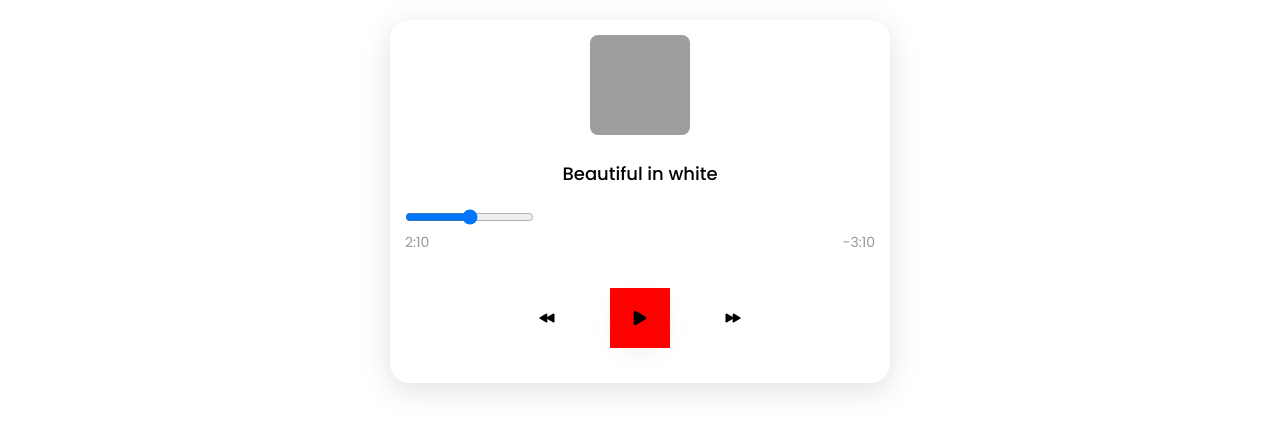
Repository: quyenpv10/mp3__music
Page: index.html
The author's editor kept a copy of each file at every save. The page is drawn from the files as they stood at one save, then again after the next save.
The browser window is 1280 px wide. The pictures show the whole page.
Pictures or frames that could not be fetched are drawn as grey boxes.

Above is the page before, as saved 2021-12-10 20:14:21.

### index.html
<!DOCTYPE html>
<html lang="en">

<head>
    <meta charset="UTF-8">
    <meta http-equiv="X-UA-Compatible" content="IE=edge">
    <meta name="viewport" content="width=device-width, initial-scale=1.0">
    <title>Mp3 Player</title>
    <link rel="preconnect" href="https://fonts.googleapis.com">
    <link rel="preconnect" href="https://fonts.gstatic.com" crossorigin>
    <link href="https://fonts.googleapis.com/css2?family=Mulish:wght@300;400;500;700&family=Poppins:wght@300;400;500;600;700&display=swap" rel="stylesheet">
    <link rel="stylesheet" href="./app.css">
    <script type="module" src="https://unpkg.com/ionicons@5.5.2/dist/ionicons/ionicons.esm.js"></script>
    <script nomodule src="https://unpkg.com/ionicons@5.5.2/dist/ionicons/ionicons.js"></script>
</head>

<body>
    <div class="music">
        <div class="music-thumb">
            <img src="./images/8L0A0168.jpg" alt="">
        </div>
        <h3 class="music-name">Beautiful in white</h3>
        <input type="range" name="song" id="song">
        <div class="timer">
            <div class="duration">2:10</div>
            <div class="remaining">-3:10</div>
        </div>
        <div class="controls">
            <ion-icon name="play-back" class="play-back"></ion-icon>
            <div class="play">
                <ion-icon name="play"></ion-icon>
            </div>
            <ion-icon name="play-forward" class="play-forward"></ion-icon>

        </div>
    </div>

</body>

</html>

### app.css
html {
    box-sizing: border-box;
}

* {
    margin: 0;
    padding: 0;
}

*,
*:before,
*:after {
    box-sizing: border-box;
}

input,
textarea,
select,
button {
    outline: none;
}

input {
    line-height: normal;
}

label,
button {
    cursor: pointer;
}

a {
    text-decoration: none;
}

img {
    display: block;
    max-width: 100%;
}

body {
    font-family: 'Poppins', sans-serif;
    padding: 20px;
}

.music {
    max-width: 500px;
    margin: 0 auto;
    border-radius: 20px;
    background-color: white;
    box-shadow: rgba(100, 100, 111, 0.2) 0px 7px 29px 0px;
    padding: 15px 15px 40px;
}

.music-thumb {
    width: 100px;
    height: 100px;
    margin: 0 auto 25px;
}

.music-thumb img {
    width: 100%;
    height: 100%;
    object-fit: cover;
    border-radius: 8px;
}

.music-name {
    font-size: 18px;
    font-weight: 500;
    text-align: center;
    margin-bottom: 20px;
}

.timer {
    display: flex;
    justify-content: space-between;
    align-items: center;
    font-size: 14px;
    color: #999;
    margin-bottom: 40px;
}

.controls {
    display: flex;
    justify-content: center;
    align-items: center;
    gap: 0 60px;
}

.play {
    width: 50px;
    height: 50px;
    border-radius: 100rem;
    background-color: white;
    display: flex;
    justify-content: center;
    align-items: center;
    cursor: pointer;
    box-shadow: rgba(149, 157, 165, 0.2) 0px 8px 24px;
    font-size: 20px;
    position: relative;
}

.play::before {
    content: "";
    position: absolute;
    inset: 0;
    background-color: red;
    transform: scale(1.2);
}

.play-back,
.play-forward {
    cursor: pointer;
}

After the next save:
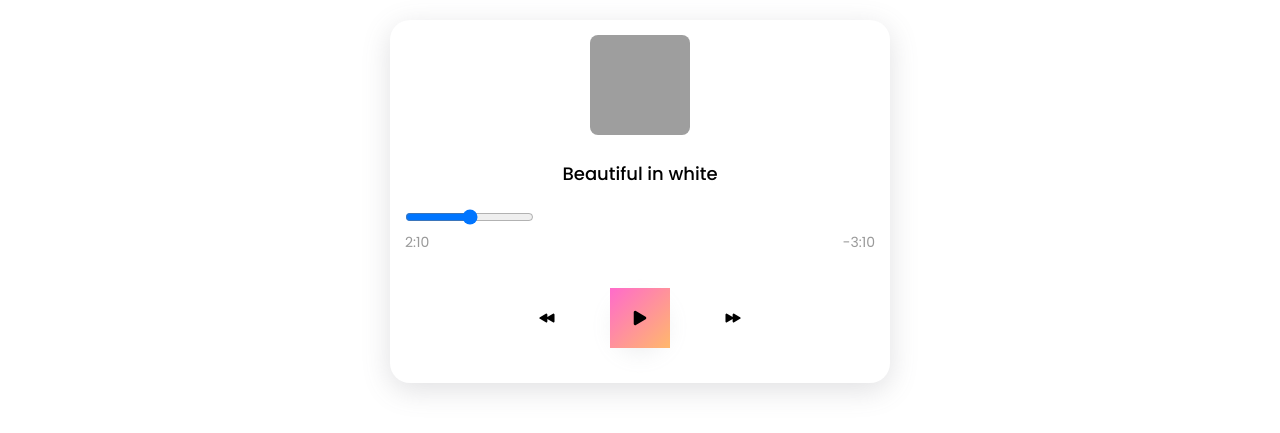
Saved 70 s later.
--- a/app.css
+++ b/app.css
@@ -106,7 +106,7 @@ body {
     content: "";
     position: absolute;
     inset: 0;
-    background-color: red;
+    background-image: linear-gradient(to right bottom, #ff6bcb, #ffb86c);
     transform: scale(1.2);
 }
 
